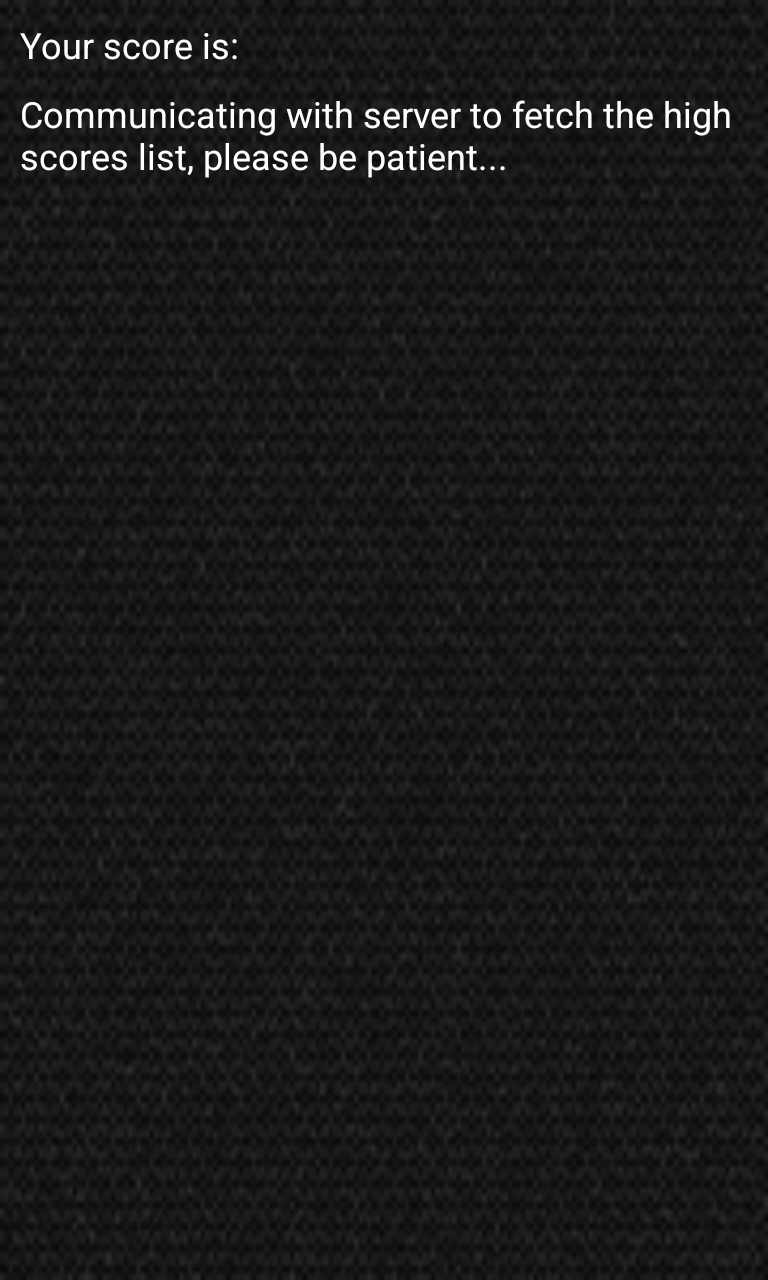
Repository: Tacohen/Killbots
Layout: Killbots/res/layout/cloud_communication.xml
These files come from the project's save history. The layout is drawn as it stood at one moment and after the next save; the edit follows.
It is drawn on a 768 x 1280 px phone screen (xhdpi) without system bars, with theme AppTheme; the app's code is not run.

Above is the layout before, as saved 2013-12-10 03:21:34.

### Killbots/res/layout/cloud_communication.xml
<?xml version="1.0" encoding="utf-8"?>
    <LinearLayout xmlns:android="http://schemas.android.com/apk/res/android"
        android:orientation="vertical"
        android:padding="10dip"
        android:layout_width="fill_parent"
        android:layout_height="fill_parent"
        android:background="@drawable/binding_dark">

        <TextView
		    android:id="@+id/scoreTextWaiting"
		    android:layout_width="wrap_content"
		    android:layout_height="wrap_content"
		    android:text="Your score is: "
		    android:textColor="#FFFFFF"
		    android:textAppearance="?android:attr/textAppearanceMedium" />

        <TextView
            android:id="@+id/serverCommunicationText"
            android:layout_width="fill_parent"
            android:layout_height="wrap_content"
            android:layout_marginTop="10dip"
            android:textColor="#FFFFFF"
            android:textAppearance="?android:attr/textAppearanceMedium"
            android:text="Communicating with server to fetch the high scores list, please be patient..." />

    </LinearLayout>

Loaded but not shown: Killbots/res/values/styles.xml (common file); Killbots/res/values-v11/styles.xml (common file); Killbots/res/values-v14/styles.xml (common file)

After the next save:
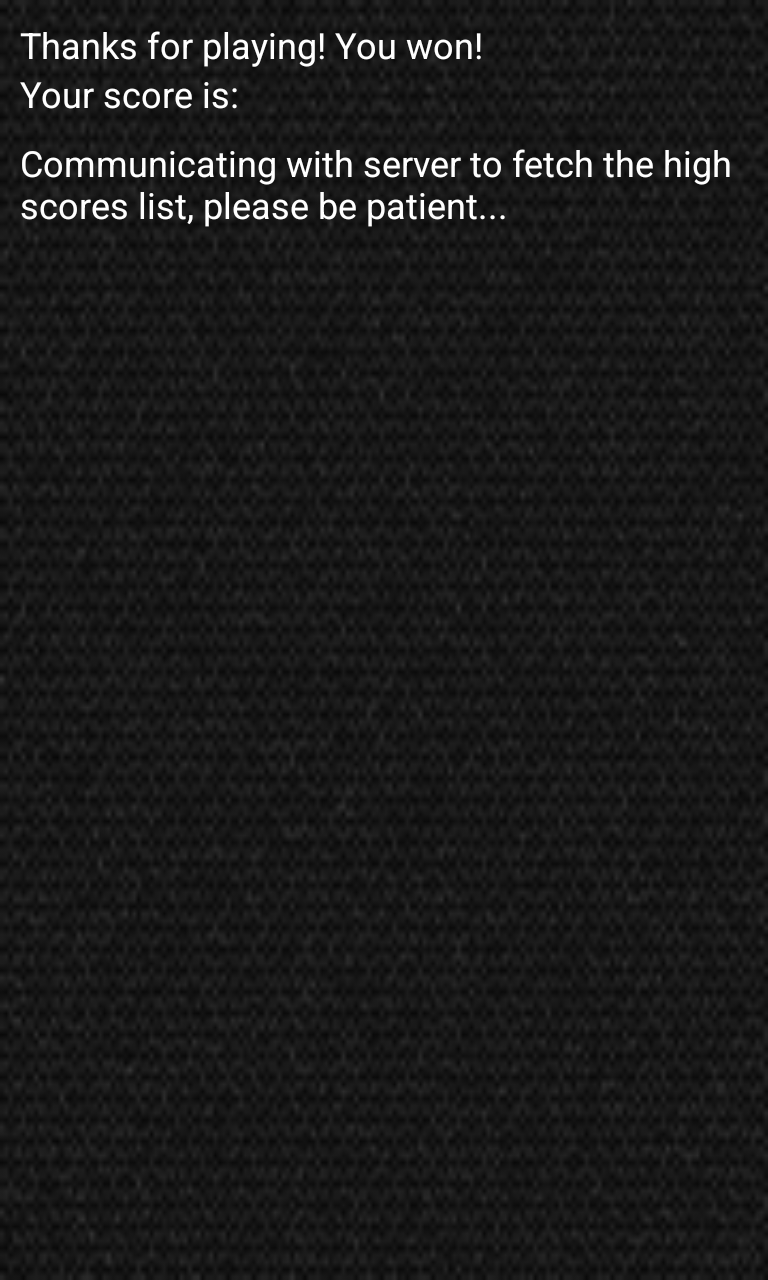
Saved 36 s later.
--- a/Killbots/res/layout/cloud_communication.xml
+++ b/Killbots/res/layout/cloud_communication.xml
@@ -5,6 +5,14 @@
         android:layout_width="fill_parent"
         android:layout_height="fill_parent"
         android:background="@drawable/binding_dark">
+
+        <TextView
+		    android:id="@+id/winTextWaiting"
+		    android:layout_width="wrap_content"
+		    android:layout_height="wrap_content"
+		    android:text="Thanks for playing! You won!"
+		    android:textColor="#FFFFFF"
+		    android:textAppearance="?android:attr/textAppearanceMedium" />
 
         <TextView
 		    android:id="@+id/scoreTextWaiting"
